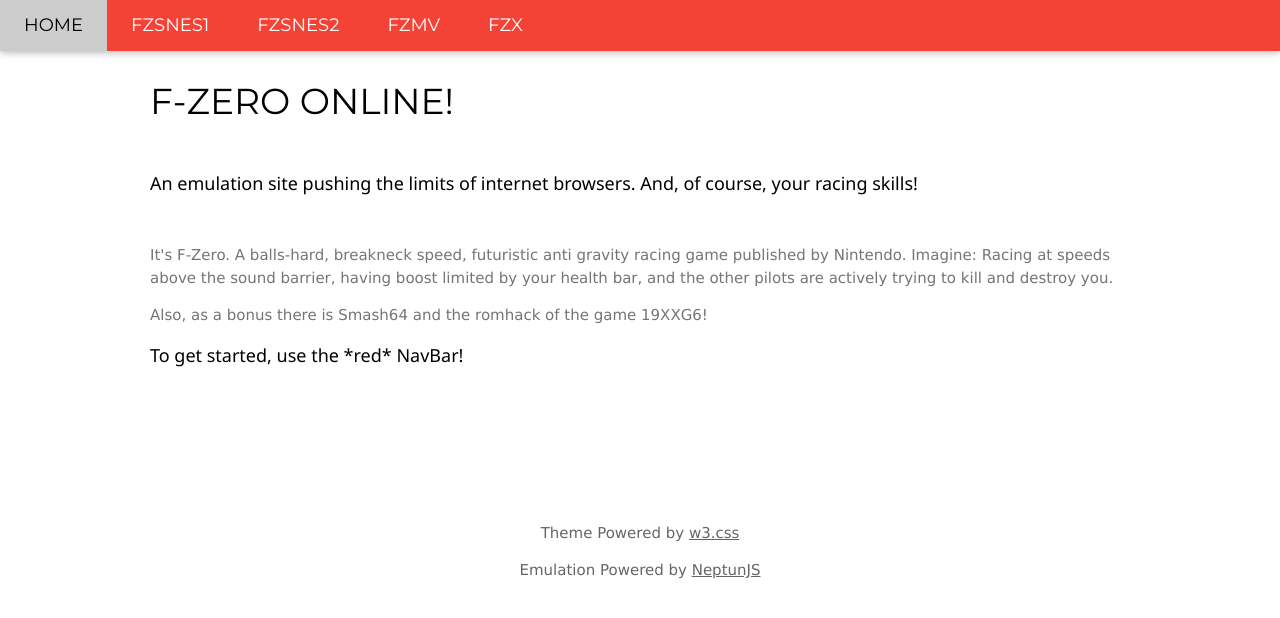
Repository: Izder456/ebonlinepretty
Page: index.html
The author's editor kept a record of every edit. The page is drawn from the files as they stood at one moment, then again after the next edit.
The browser window is 1280 px wide. The pictures show the whole page.

Above is the page before.

After the next edit:
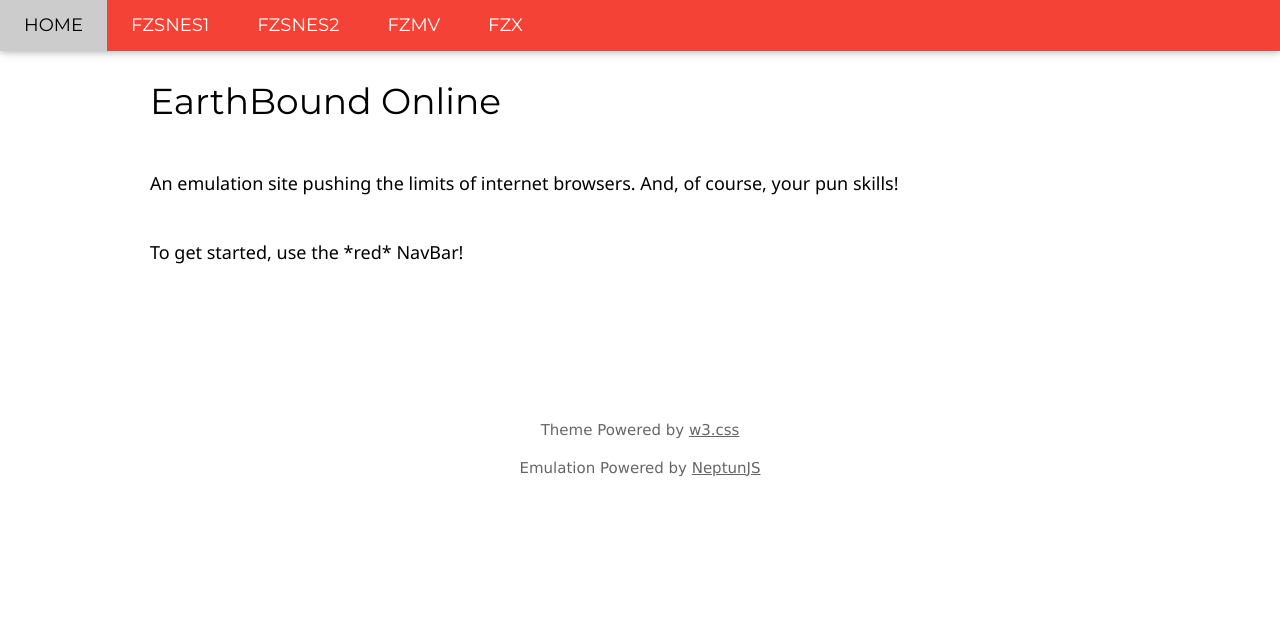
The edit:
--- a/index.html
+++ b/index.html
@@ -17,10 +17,8 @@
 <!-- First Grid -->
 <div class="w3-row-padding w3-padding-64 w3-container">
   <div class="w3-content">
-    <h1>F-ZERO ONLINE!</h1>
-    <h5 class="w3-padding-32">An emulation site pushing the limits of internet browsers. And, of course, your racing skills!</h5>
-    <p class="w3-text-grey">It's F-Zero. A balls-hard, breakneck speed, futuristic anti gravity racing game published by Nintendo. Imagine: Racing at speeds above the sound barrier, having boost limited by your health bar, and the other pilots are actively trying to kill and destroy you.</p>
-    <p class="w3-text-grey">Also, as a bonus there is Smash64 and the romhack of the game 19XXG6!</p>
+    <h1>EarthBound Online</h1>
+    <h5 class="w3-padding-32">An emulation site pushing the limits of internet browsers. And, of course, your pun skills!</h5>
     <h5 class="w3-padding-14">To get started, use the *red* NavBar!</h5>
   </div>
 </div>
